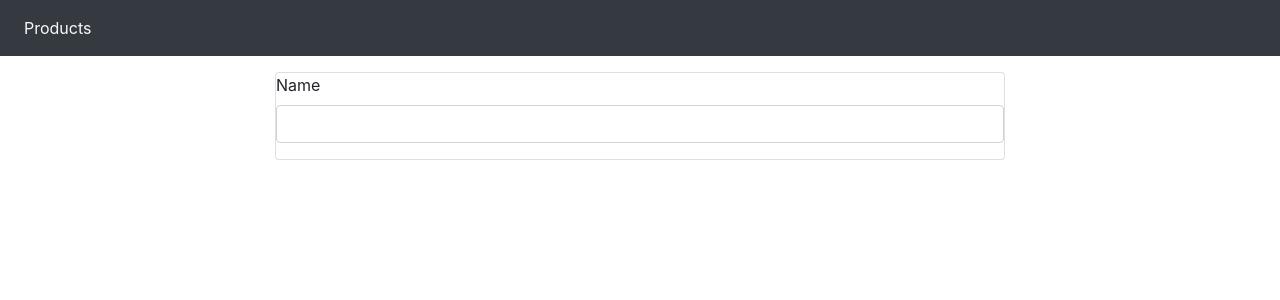
Repository: Aniksaha19/curd
Page: http://localhost/product/create
An editor plug-in stored every save of this project. The page is shown before and after a run of saves, followed by the edit.
The browser window is 1280 px wide. The pictures show the whole page.
The page is served by the project's Laravel application, run on PHP 8.4 with Laravel 10. Other server files are loaded and not shown.

Above is the page before, as saved 2023-06-01 16:42:43.

### routes/web.php
<?php

use Illuminate\Support\Facades\Route;
use App\Http\Controllers\ProductController;

/*
|--------------------------------------------------------------------------
| Web Routes
|--------------------------------------------------------------------------
|
| Here is where you can register web routes for your application. These
| routes are loaded by the RouteServiceProvider and all of them will
| be assigned to the "web" middleware group. Make something great!
|
*/

Route::get('/', [ProductController::class, 'index'])->name('products.index');
Route::get('product/create', [ProductController::class, 'create'])->name('products.create');

### app/Http/Controllers/ProductController.php
<?php

namespace App\Http\Controllers;

use Illuminate\Http\Request;

class ProductController extends Controller
{
    public function index(){
        return view('products.index');
    }
    public function create(){
        return view('products.create');
    }
}

### resources/views/products/create.blade.php
<!DOCTYPE html>
<html lang="en">
<head>
    <meta charset="UTF-8">
    <meta http-equiv="X-UA-Compatible" content="IE=edge">
    <meta name="viewport" content="width=device-width, initial-scale=1.0">
    <title>Laravel CURD</title>

    <link rel="stylesheet" href="https://cdn.jsdelivr.net/npm/bootstrap@4.6.2/dist/css/bootstrap.min.css">
    <script src="https://cdn.jsdelivr.net/npm/jquery@3.6.4/dist/jquery.slim.min.js"></script>
    <script src="https://cdn.jsdelivr.net/npm/popper.js@1.16.1/dist/umd/popper.min.js"></script>
    <script src="https://cdn.jsdelivr.net/npm/bootstrap@4.6.2/dist/js/bootstrap.bundle.min.js"></script>
</head>
<body>

        <nav class="navbar navbar-expand-sm bg-dark">
            <ul class="navbar-nav">
                <li class="nav-item">
                    <a class="nav-link text-light" href="/">Products</a>
                </li>
            </ul>
        </nav>
           <div class="container">
                <div class="row justify-content-center">
                    <div class="col-sm-8">
                        <div class="card mt-3">
                            <form method="POST">
                                @csrf
                                <div class="form-group">
                                    <label>Name</label>
                                    <input type="text" name="name" class="form-control"/>
                                </div>
                            </form>
                        </div>
                    </div>
                </div>
           </div>
        </div>
</body>
</html>

Loaded but not shown: app/Http/Controllers/Controller.php (common file)

After the next 3 saves:
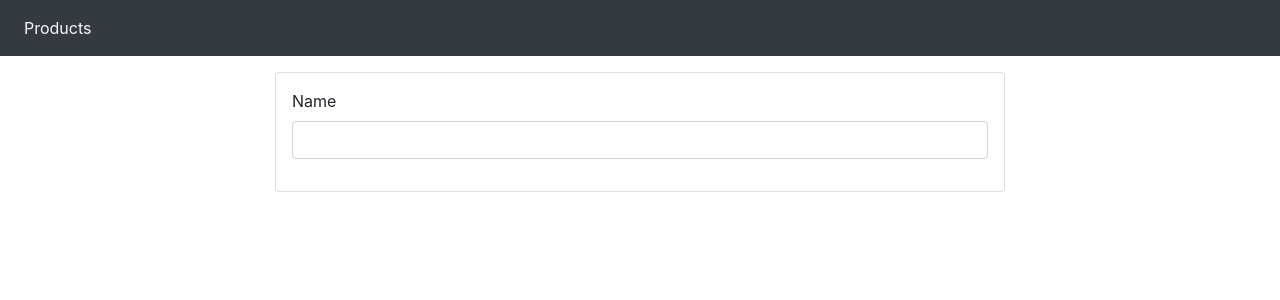
The 3 saves are shown as one change because they came seconds apart.
The last was saved 22 s later.
--- a/resources/views/products/create.blade.php
+++ b/resources/views/products/create.blade.php
@@ -23,7 +23,7 @@
            <div class="container">
                 <div class="row justify-content-center">
                     <div class="col-sm-8">
-                        <div class="card mt-3">
+                        <div class="card mt-3 p-3">
                             <form method="POST">
                                 @csrf
                                 <div class="form-group">
